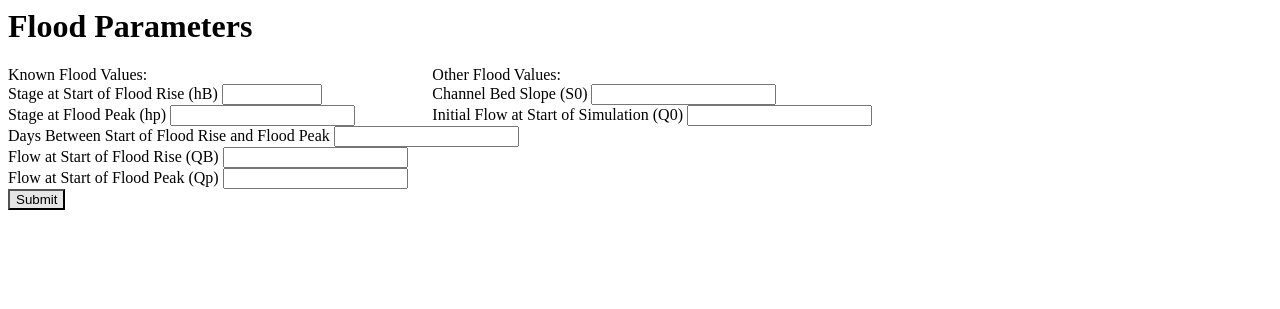
Repository: shape87/FloodAnalysis
Page: FloodAnalysis27/Web/templates/flood.html
An editor plug-in stored every save of this project. The page is shown before and after the next save, followed by the edit.
The browser window is 1280 px wide. The pictures show the whole page.

Above is the page before, as saved 2017-01-24 18:50:09.

After the next save:
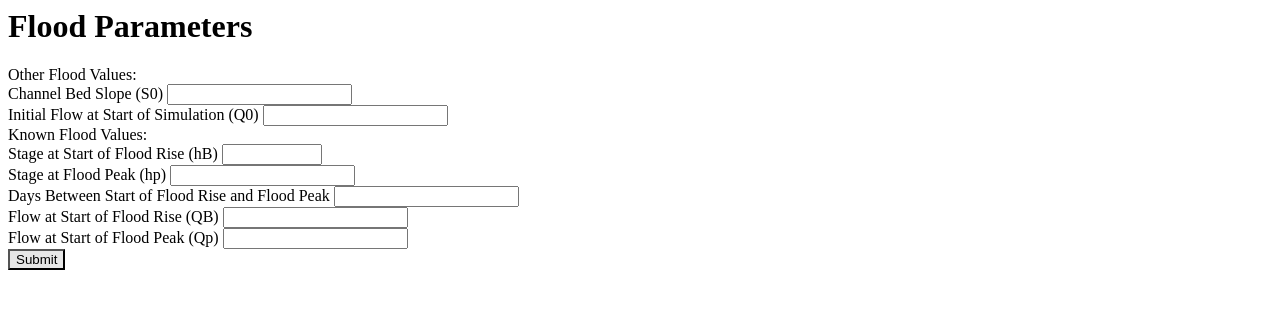
Saved 46 s later.
--- a/FloodAnalysis27/Web/templates/flood.html
+++ b/FloodAnalysis27/Web/templates/flood.html
@@ -2,7 +2,7 @@
 <form id="flood_input_form">
 
 
-	 <div style="float: right; margin-right: 400px;">
+	 <div class="float_flood_form">
 	 <label>Other Flood Values:</label>
 	 <div class="form-group">
 		  <label for="channel_bed">Channel Bed Slope (S0)</label>
